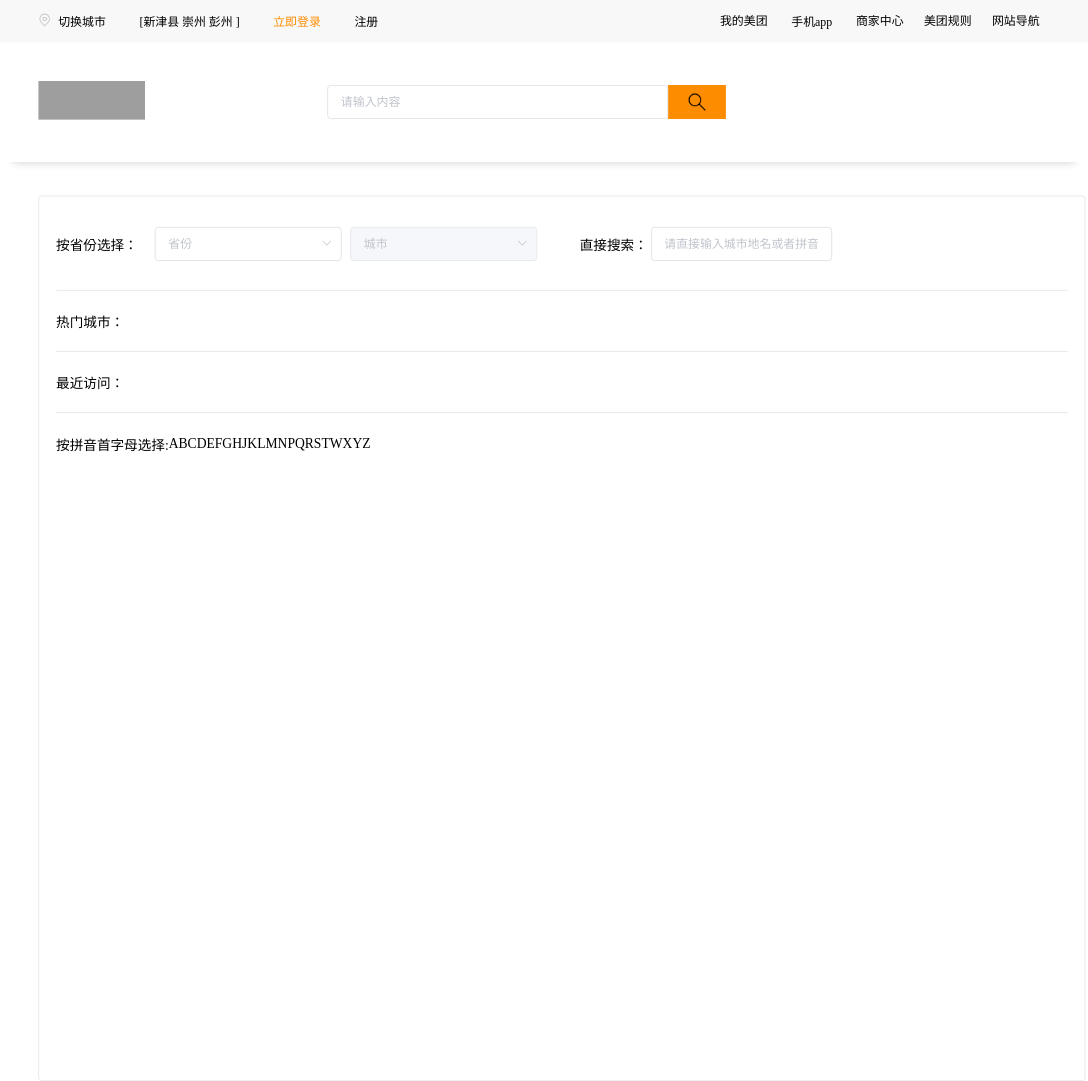
Repository: jinggegeZ/-
Page: /city
These files come from the project's save history. The page is drawn as it stood at one moment and after the next save; the edit follows.
The browser window is 1280 px wide. The pictures show the whole page, at 85% of full size.
Pictures or frames that could not be fetched are drawn as grey boxes. The page's requests for data from a server got no answer. The project was rebuilt for these pictures with package versions that can differ from the ones it lists, and the page was loaded fresh each time. No one was signed in, and anything a server would have sent is missing. Also part of the build but not shown: vue.config.js, src/components/Navigation/Navigation.vue, src/components/navbox/navbox.vue, src/components/Sty/Sty.vue, src/views/Home.vue.

Above is the page before, as saved 2020-08-21 17:40:08.

### public/index.html
<!DOCTYPE html>
<html lang="en">
  <head>
    <meta charset="utf-8">
    <meta http-equiv="X-UA-Compatible" content="IE=edge">
    <meta name="viewport" content="width=device-width,initial-scale=1.0">
    <link rel="icon" href="<%= BASE_URL %>favicon.ico">
    <title><%= htmlWebpackPlugin.options.title %></title>
  </head>
  <body>
    <script src="//at.alicdn.com/t/font_2017422_ck56kzje6p4.js"></script>
    <noscript>
      <strong>We're sorry but <%= htmlWebpackPlugin.options.title %> doesn't work properly without JavaScript enabled. Please enable it to continue.</strong>
    </noscript>
    <div id="app"></div>
    <!-- built files will be auto injected -->
  </body>
</html>

### src/App.vue
<template>
  <div id="app">
    <router-view/>
  </div>
</template>

<style lang="scss">
@import '../src/style/style';
</style>

### src/style/style.css
* {
    margin: 0;
    padding: 0;

}

/* 这是css3媒体查询 */
@media screen and (max-width: 1200px) {
    .top {
        width: 960px !important;
    }
}

/* top样式 */
.topbox {
    width: 100%;
    display: flex;
    justify-content: center;
    background: rgb(248, 248, 248);
    font-size: 14px;
}

.topbox2 {
    width: 100%;
    display: flex;
    justify-content: center;
    font-size: 14px;
    margin-top: 20px;
}
.topbox1 {
    width: 100%;
    display: flex;
    justify-content: center;
    box-shadow: 0px 15px 10px -15px #ccc;
    font-size: 14px;
}

.top {
    width: 1190px;

}

.top1 {

    height: 50px;
    display: flex;
    justify-content: space-between;
}

.leftbox {
    display: flex;
    align-items: center;
    width: 400px;
    justify-content: space-between;
}
.spans1 {
    margin-left: 5px;
}
.spans:hover {
    color: #FE8C00;
}
.spans1:hover {
    color: #FE8C00;
}
.rightbox {
    display: flex;
    align-items: center;
    width: 400px;
    justify-content: space-between;
}

.rightbox1 {
    width: 100px;
    height: 50px;
    display: flex;
    align-items: center;
    justify-content: center;
    position: relative;

}

.postion {
    position: absolute;
    z-index: 999;
    width: 100%;
    height: 100%;
    text-align: center;
    line-height: 50px;
}

.rightbox2 {
    visibility: hidden;
    right: -1px;
    position: absolute;
    z-index: 998;
    top: 99%;
    background: white;
    border-left: 1px solid rgb(229, 229, 229);
    border-bottom: 1px solid rgb(229, 229, 229);
    border-right: 1px solid rgb(229, 229, 229);
    box-shadow: 0px 0px 10px 0px #ccc;
}

.rightbox3 {
    height: 36px;
    line-height: 36px;
    text-align: center;
    width: 80px;
}

.rightbox4 {
    height: 36px;
    line-height: 36px;
    text-align: center;
    width: 118px;
}

.rightbox5 {
    width: 1190px;
    height: 300px;
    display: flex;
    justify-content: center;
}

.rightbox6 {
    width: 95%;
    height: 95%;
    display: flex;
    justify-content: space-between;
}

.rightbox6-1 {
    width: 200px;
}

.rightbox6-1-1 {
    width: 200px;
    height: 80px;
    display: flex;
    justify-content: center;
    align-items: center;
    font-size: 16px;
}

.rightbox6-1-2 {
    width: 200px;
    height: 190px;
    font-size: 12px;
}

.rightbox6-1-2-1 {
    height: 30px;
    width: 100%;
    display: flex;
    justify-content: space-between;
    align-items: center;
}

.rightbox6-1-2-2 {
    height: 30px;
    width: 100%;
    display: flex;
    justify-content: flex-start;
    align-items: center;
}

.rightbox6-2 {
    width: 100px;
}

.rightbox6-2-1 {
    width: 100px;
    height: 80px;
    display: flex;
    justify-content: center;
    align-items: center;
    font-size: 16px;
}

.rightbox6-2-1-1 {
    width: 100px;
    height: 190px;
    font-size: 12px;
}

.rightbox6-2 {
    width: 100px;
}

.rightbox6-2-1-1-font {
    width: 100%;
    height: 25px;
    display: flex;
    justify-content: center;
    align-items: center;
}

.rightbox6-3 {
    width: 350px;

}

.rightbox6-3-1 {
    width: 350px;
    height: 80px;
    display: flex;
    justify-content: center;
    align-items: center;
    font-size: 16px;
}

.rightbox6-3-1-1 {
    width: 350px;
    height: 190px;
    font-size: 12px;
}

.rightbox6-3-1-1-1 {
    width: 100%;
    height: 80px;
    display: flex;
    justify-content: space-around;
    align-items: center;
}

.rightbox6-3-1-1-1-img {
    width: 60px;
    height: 60px;
    border-radius: 5px;
}

.nav2box2font:hover {
    color: rgb(251, 199, 0);
}

.nav2box2font2:hover {
    color: red;
}

.postion:hover {
    color: #FE8C00;
}

.rightbox3:hover {
    color: #FE8C00;
}

.rightbox4:hover {
    color: #FE8C00;
}

.rightbox1:hover .rightbox2 {
    visibility: visible
}

.rightbox1:hover {
    box-shadow: 0 3px 5px 0 rgba(0, 0, 0, 0.1);
}

.rightbox1:hover .postion {
    background-color: white;


}

.leftboximg {
    width: 15px;
    height: 15px;
}

.rightnow {
    color: #FE8C00;
}

/* nav部分 */
.nav {
    height: 140px;
    width: 100%;
    display: flex;
    align-items: center;
}

.nav1 {
    width: 240px;
    margin-right: 100px;
}

.nav1img {
    width: 126px;
    height: 46px;

}

.nav1input {
    display: flex;
    width: 469px;
    height: 50px;
    align-items: center;
}

.nav1input1 {
    width: 469px;
    position: relative;
}

.nav1input1box {
    position: absolute;
    top: 140px;
    width: 469px;
    background-color: white;
    border-radius: 5px;
    z-index: 99;
}

.item {
    width: 100%;
    height: 30px;
    font-size: 12px;
    margin-left: 10px;
}

.nav1inputboox {
    width: 80px;
    height: 40px;
    background-color: #FE8C00;
    display: flex;
    justify-content: center;
    align-items: center;
}

.nav1inputbooximg {
    width: 20px;
    height: 20px;
}

.nav2 {
    width: 100%;
    height: 50px;
    display: flex;
}

.nav2box {
    width: 228px;
    height: 50px;
    border-left: 1px solid rgb(229, 229, 229);
    border-top: 1px solid rgb(229, 229, 229);
    border-right: 1px solid rgb(229, 229, 229);
    display: flex;
    align-items: center;
    font-size: 17px;
}

.all {
    padding-left: 20px;
}

.nav2box2 {
    margin-left: 60px;
    display: flex;
    align-items: center;
    justify-content: space-around;
    width: 500px;
    font-size: 17px;
}

/* navbox 部分 */
.navbox {
    display: flex;
}

.navleftbox {
    width: 18%x;
    height: 425px;
    border-left: 1px solid rgb(229, 229, 229);
    border-right: 1px solid rgb(229, 229, 229);
    border-bottom: 1px solid rgb(229, 229, 229);
}

.navrightbox {
    width: 78%;
    height: 425px;
}

.navleftbox-item {
    width: 228px;
    height: 26px;
    display: flex;
    justify-content: space-between;
    align-items: center;
    flood-color: #646464;
    margin-top: 1px;
    position: relative;
}

.navleftbox-item:hover .itembox {
    background: rgb(255, 247, 235);
    visibility: visible;
}

.icon {
    width: 16px !important;
    height: 16px !important;
    margin-right: 10px;
}

.icon1 {
    width: 12px;
    height: 12px;
}

.itembox {
    visibility: hidden;
    position: absolute;
    left: 100%;
    width: 400px;
    height: 425px;
    top: 0;
    display: flex;
    justify-content: center;
    align-items: center;
    z-index: 99;
}

.itembox1 {
    width: 90%;
    height: 90%;

}

.itembox2 {
    width: 100%;
    line-height: 60px;
    font-size: 16px;

    margin-bottom: 20px;
}

.item-child {
    width: 100%;
    display: flex;
    justify-content: space-between;
    border-bottom: 1px solid rgb(229, 229, 229);
}

.itembox3 {
    display: flex;
    flex-wrap: wrap;
}

.itembox4 {
    color: #999;
    font-size: 12px;
    line-height: 15px;
    display: inline-block;
    margin-right: 16px;
    margin-top: 10px;
    cursor: pointer;
}

/* navbox右边渲染部分css */
.navrightbox-1 {
    display: flex;
    width: 950px;
    margin-left: 10px;
    margin-top: 10px;
}

.navrightbox-swiper {
    width: 550px;
    height: 240px;
}
.swiperimg {
    width: 550px;
}
.el-carousel__item h3 {
    color: #475669;
    font-size: 18px;
    opacity: 0.75;
    line-height: 300px;
    margin: 0;
}

.el-carousel__item:nth-child(2n) {
    background-color: #99a9bf;
}

.el-carousel__item:nth-child(2n+1) {
    background-color: #d3dce6;
}
.el-carousel{
    height: 100%;
}
.el-carousel__container{
    height: 100% !important;
}
.navrightbox-2 {
    width: 150px;
    height: 239px;
    margin: 0 10px;
}
.navrightbox-2img {
    width: 150px;
}
.loginbox {
    width: 228px;
    height: 238px;
    border: 1px solid rgb(229,229,229);
    background:#fff;
    display: flex;
    justify-content: center;
    align-items: center;
}
.loginbox1 {
    width: 95%;
    height: 95%;
}
.headimg {
    width: 228px;
    height: 59px;
    margin-bottom: 5px;
    display: flex;
    justify-content: center;
    align-items: center;
}
.headimg1{
    width: 55px;
    height: 55px;
    border-radius: 50%;
}
.headimg2 {
    width: 228px;
    height: 21px;
    margin-bottom: 5px;
    display: flex;
    justify-content: center;
    align-items: center;
}
.headimg2-1 {
    width: 96px;
    display: flex;
    justify-content: center;
    align-items: center;
}
.headimg3 {
    width: 119px;
    height: 39px;
    display: flex;
    justify-content: center;
    align-items: center;
    border-radius: 25px;
    border:1px solid rgb(229,229,229);
}
/* 下部解析部分 */
.bottombox {
    display: flex;
    margin-left: 10px;
}
.bottombox-1 {
    width: 270px;
    height: 165px;
    margin-top: 10px;
    margin-right: 10px;
}
.bottombox-1img {
    width: 270px;
}
.bottombox-2 {
    width: 270px;
    height: 165px;
    margin-top: 10px;
    margin-right: 10px;
}
.bottombox-3 {
    width: 150px;
    height: 165px;
    margin-top: 10px;
    margin-right: 10px;
}
.bottombox-3img {
    width: 150px;
}
.bottombox-4 {
    width: 230px;
    height: 165px;
    border:1px solid rgb(229,229,229);
    margin-top: 10px;
}
.bottombox-4-1 {
    width: 230px;
    height: 100px;
    display: flex;
    justify-content: center;
    align-items: center;
}
.bottombox-4-1-1 {
    width: 95px;
    height: 95px;
}
.bottombox-5 {
    width: 230px;
    height: 30px;
    display: flex;
    justify-content: center;
    align-items: center;
    font-size: 16px;
}
.bottombox-6 {
    scale: 230px;
    height: 20px;
    display: flex;
    justify-content: center;
    align-items: center;
    font-size: 12px;
}
.bottombox6-1 {
    color: red;
    margin-right: 5px;
}
/* 有格调部分 */
.stybox {
    width: 100%;
    height: 50px;
    background: rgb(242,191,71);
    display: flex;
    justify-content: space-between;
    align-items: center;
    border-radius: 10px 10px 0 0 ;
}
.stybox1 {
    display: flex;
}
.stybox1-font {
    font-size: 18px;
    color: white;
    margin: 0 20px 0 20px;
}
.stybox1-font2 {
    font-size: 12px;
    color: white;
    display: flex;
    align-items: center;
    width: 400px;
    justify-content: space-between;
}
.stybox1-font2-item1 {
    position: relative;
    width:120px;
    display: flex;
    justify-content: center;
}
/* .stybox1-font2-item1:hover .triangle_border_up {
    visibility: visible;
}
.stybox1-font2-item2:hover .triangle_border_up {
    visibility: visible;
}
.stybox1-font2-item4:hover .triangle_border_up {
    visibility: visible;
} */
.stybox1-font2-item2 {
    text-align: center;
}

.stybox2-img {
    width: 14px;
    height: 14px;
    margin-top: 5px;
}
.stybox2 {
    font-size: 14px;
    color: white;
    display: flex;
    align-items: center;
}
/* 向上的三角形 */
.triangle_border_up{
    /* visibility: hidden; */
    width:0px;
    height:0px;
    border-width:0 10px 10px;
    border-style:solid;
    border-color:transparent transparent #fff;/*透明 透明  灰*/
    margin-top:10px;
    position: absolute;
    bottom: -17px;
}
.stybox3 {
    width: 1188px;
    height: 687px;
    background: #fff;
    border-radius: 0 0 10px 10px;
    border: 1px solid rgb(229,229,229);
    font-size: 12px;
    display: flex;
    flex-wrap: wrap;
}
.stybox3-item {
    width: 370px;
    height: 330px;
    margin: 10px;

}
.stybox3-itemimg {
    width: 370px;
    height: 208px;
    margin-bottom: 10px;

}
.stybox3-itemimg1 {
    width: 370px;
    height: 208px;

}
.stybox3-itemfont {
    font-size: 14px;
}
.font2 {
    font-size: 14px;
    overflow: hidden;
    text-overflow: ellipsis;
    display: -webkit-box;
    -webkit-line-clamp: 1;
    -webkit-box-orient: vertical;
}
/* 城市选择部分 */
.citybox {
    width: 1190px;
    padding: 20px;
    font-size: 16px;
    background-color: #fff;
    margin: 20px auto 0;
    border: 1px solid #E5E5E5;
    border-radius: 4px;
    min-height: 1000px;
    padding: 20px;
}
.citybox-province {
    width: 100%;
    height: 71px;
    display: flex;
    align-items: center;
    padding: 0px 0px 19px;
    border-bottom: 1px solid #E5E5E5;
}
.proviencechosebox {
    width: 220px;
    height: 40px;
    margin: 0 10px 0 20px;
    font-size: 14px;
    color: #666;
    border-radius: 4px;
    display: flex;
    justify-content: center;
}

.citychosebox {
    width: 220px;
    height: 40px;
    font-size: 14px;
    color: #666;
    border-radius: 4px;
    display: flex;
    justify-content: center;
}
.cityboximg {
    width: 10px;
    height: 15px;
}
/* 直接搜素 */
.directSearch {
    margin-left: 50px;
    display: flex;
    align-items: center;
}
.directSearchbox {
    width: 220px;
    height: 40px;
    font-size: 14px;
    color: #666;
    border-radius: 4px;
    display: flex;
    justify-content: center;
}
.el-input__inner {
    width: 100% !important;
}
.el-input {
    width: 100% !important;
}
/* 热门城市选择 */
.hotcitychose {
    width: 100%;
    height: 71px;
    display: flex;
    align-items: center;
    border-bottom: 1px solid #E5E5E5;
}
.hotcitychosebox {
    display: flex;
    align-items: center;
    width: 748px;
    height: 20px;
    justify-content: space-around;
}
/* 最近访问 */

.recentVisit {
    width: 100%;
    height: 71px;
    display: flex;
    align-items: center;
    border-bottom: 1px solid #E5E5E5;
}
.recentVisitchosebox {
    display: flex;
    align-items: center;
    width: 748px;
    height: 20px;

}
.recentVisitchosebox-item {
    margin-right: 10px;
}
/* 拼音首字母 */
.Initials {
    width: 100%;
    height: 71px;
    display: flex;
    align-items: center;
}
.Initialsbox {
    display: flex;
    align-items: center;
    width: 748px;
    height: 20px;
}

### src/components/top/top.vue
<template>
  <div class="topbox">
    <div class="top">
      <div class="top1">
        <div class="leftbox">
          <div>
            <img class="leftboximg" src="../../../public/image/pos.png" alt /> <span class="spans" @click="gocity">{{this.city}}</span>
             <span class="spans1">切换城市</span>
          </div>
          <div>[<span class="spans">新津县</span> <span class="spans">崇州</span> <span class="spans">彭州</span> ]</div>
          <div class="rightnow">立即登录</div>
          <div>注册</div>
        </div>
        <div class="rightbox">
          <div class="rightbox1">
            <div class="postion">我的美团</div>
            <div class="rightbox2">
              <div class="rightbox3">我的订单</div>
              <div class="rightbox3">我的收藏</div>
              <div class="rightbox3">抵用券</div>
              <div class="rightbox3">美团设置</div>
            </div>
          </div>

          <div class="rightbox1">手机app</div>
          <div class="rightbox1">
            <div class="postion">商家中心</div>
            <div class="rightbox2">
              <div class="rightbox4">美团餐饮用户中心</div>
              <div class="rightbox4">登录商家中心</div>
              <div class="rightbox4">美团智能收银</div>
              <div class="rightbox4">我想合作</div>
              <div class="rightbox4">手机免费开店</div>
              <div class="rightbox4">餐饮代理商招募</div>
              <div class="rightbox4">商家申请开票</div>
              <div class="rightbox4">免费合作美团排队</div>
            </div>
          </div>
          <div class="rightbox1">
            <div class="postion">美团规则</div>
            <div class="rightbox2">
              <div class="rightbox3">规则中心</div>
              <div class="rightbox3">规则目录</div>
              <div class="rightbox3">规则评议院</div>
            </div>
          </div>
          <div class="rightbox1">
            <div class="postion">网站导航</div>
            <div class="rightbox2">
              <div class="rightbox5">
                <div class="rightbox6">
                  <div class="rightbox6-1">
                    <div class="rightbox6-1-1">酒店旅游</div>
                    <div class="rightbox6-1-2">.
                        <div class="rightbox6-1-2-1">
                            <div>国际机票</div>
                            <div>火车票</div>
                            <div>民宿</div>
                        </div>
                        <div class="rightbox6-1-2-1">
                            <div>经济型酒店</div>
                            <div>主题酒店</div>
                            <div>商务酒店</div>
                        </div>
                        <div class="rightbox6-1-2-1">
                            <div>公寓</div>
                            <div>豪华酒店</div>
                            <div>客栈</div>
                        </div>
                        <div class="rightbox6-1-2-1">
                            <div>青年旅社</div>
                            <div>度假酒店</div>
                            <div>别墅</div>
                        </div>
                        <div class="rightbox6-1-2-2">
                            <div>农家院</div>
                        </div>

                    </div>
                  </div>
                  <div class="rightbox6-2">
                    <div class="rightbox6-2-1">吃美食</div>
                    <div class="rightbox6-2-1-1">
                        <div class="rightbox6-1-2-1">
                            <div>烤鱼</div>
                            <div>特色小吃</div>

                        </div>
                        <div class="rightbox6-1-2-1">
                            <div>烧烤</div>
                            <div>自助餐</div>

                        </div>
                        <div class="rightbox6-1-2-1">
                            <div>火锅</div>
                            <div>代金券</div>
                        </div>




                    </div>
                  </div>
                  <div class="rightbox6-2">
                    <div class="rightbox6-2-1">看电影</div>
                    <div class="rightbox6-2-1-1">
                        <div class="rightbox6-2-1-1-font">热映电影</div>
                        <div class="rightbox6-2-1-1-font">热门电影</div>
                        <div class="rightbox6-2-1-1-font">热映电影口碑榜</div>
                        <div class="rightbox6-2-1-1-font">最受期待电影</div>
                        <div class="rightbox6-2-1-1-font">国内票房榜</div>
                        <div class="rightbox6-2-1-1-font">北美票房榜</div>
                        <div class="rightbox6-2-1-1-font">电影排行榜</div>

                    </div>
                  </div>
                  <div class="rightbox6-3">
                  <div class="rightbox6-3-1">手机应用</div>
                    <div class="rightbox6-3-1-1">
                        <div class="rightbox6-3-1-1-1">
                            <div><img class="rightbox6-3-1-1-1-img" src="//s0.meituan.net/bs/fe-web-meituan/2d53095/img/appicons/meituan.png" alt=""></div>
                            <div><img class="rightbox6-3-1-1-1-img" src="//s1.meituan.net/bs/fe-web-meituan/404d350/img/appicons/waimai.png" alt=""></div>
                            <div><img class="rightbox6-3-1-1-1-img" src="https://p0.meituan.net/travelcube/162c3308d9622f6d9cfaa49e60be4dca8573.png" alt=""></div>
                            <div><img class="rightbox6-3-1-1-1-img" src="//s1.meituan.net/bs/fe-web-meituan/404d350/img/appicons/dianping.png" alt=""></div>
                            <div><img class="rightbox6-3-1-1-1-img" src="//s1.meituan.net/bs/fe-web-meituan/404d350/img/appicons/maoyan.png" alt=""></div>
                        </div>
                    </div>
                  </div>
                </div>
              </div>
            </div>
          </div>
        </div>
      </div>
    </div>
  </div>
</template>

<script>
export default {
  name: "",
  props: {
    city:{
      type:String
    }
  },
  components: {},
  data() {
    return {};
  },
  methods: {
    // 去往城市页面
    gocity(){
      this.$router.push('/city')
    }
  },
  mounted() {},
  watch: {},
  computed: {},
};
</script>

<style scoped lang='scss'>
</style>

Loaded but not shown: src/store/index.js (common file); city/city.js (3866 lines, source omitted); src/http/api.js (30 lines, source omitted); src/router/index.js (31 lines, source omitted); src/main.js (16 lines, source omitted); src/http/index.js (15 lines, source omitted); src/views/city/city.vue (233 lines, source omitted)

After the next save:
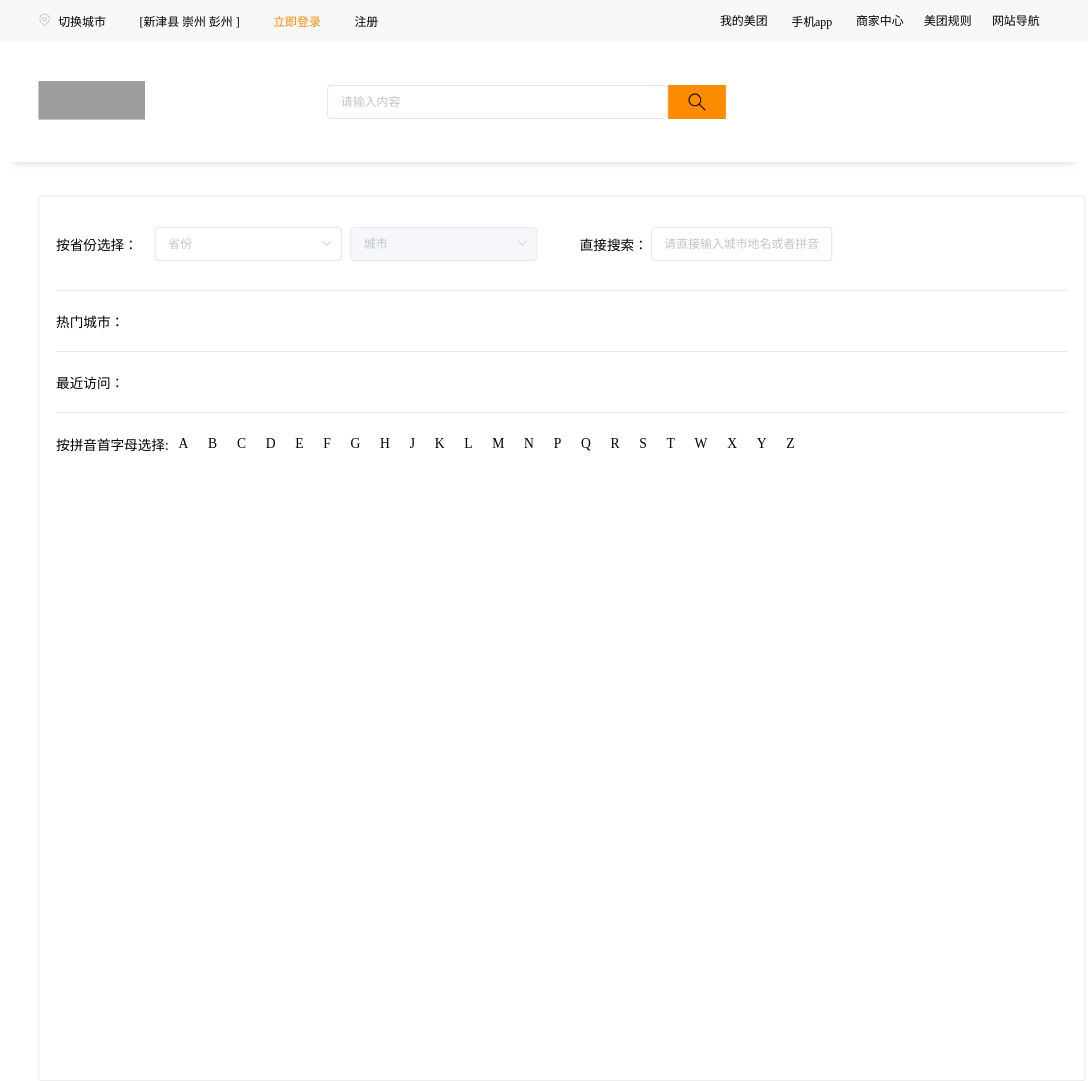
Saved 14 s later.
--- a/src/style/style.css
+++ b/src/style/style.css
@@ -833,4 +833,5 @@
     align-items: center;
     width: 748px;
     height: 20px;
-}
+    justify-content: space-around;
+}
